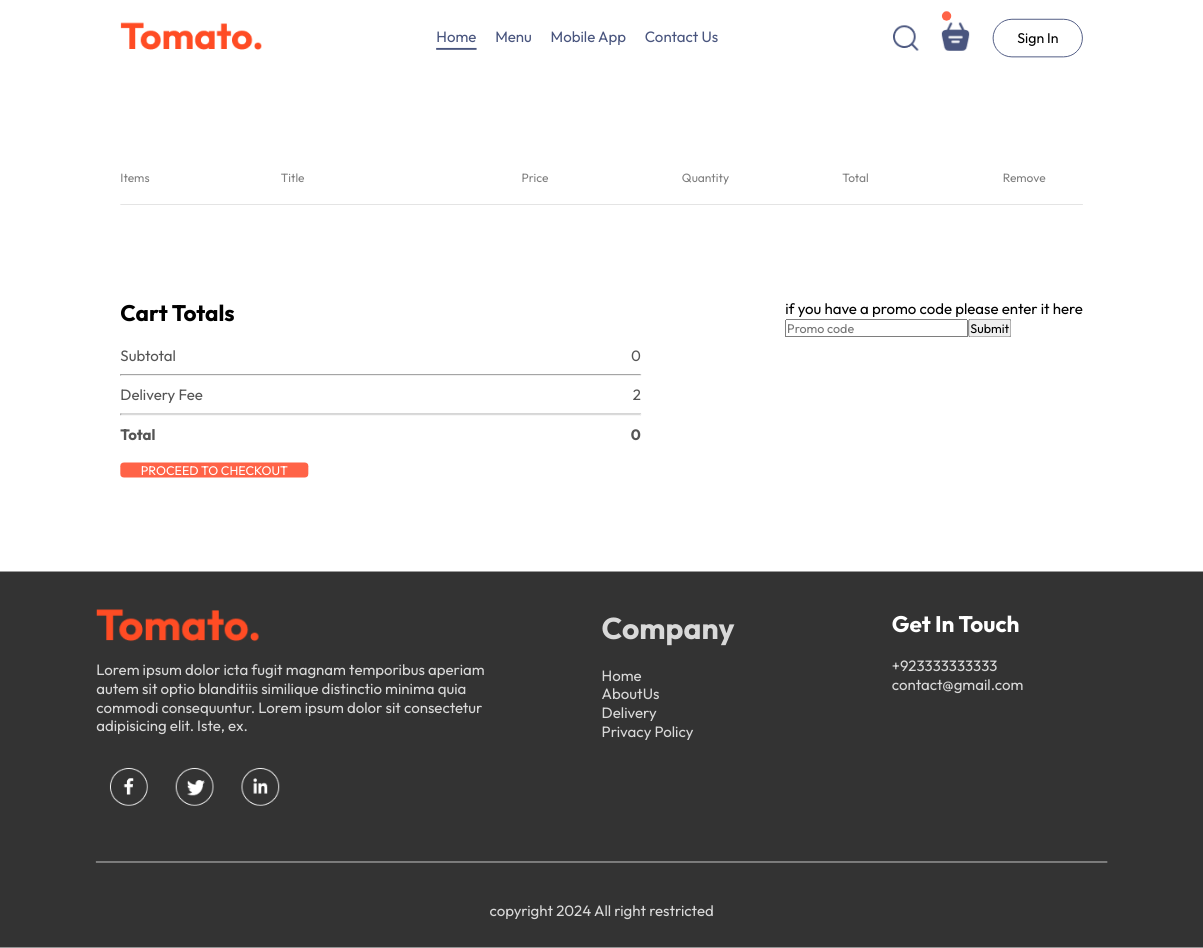
Repository: Attar786/Food-ordering-app
Page: /cart (app in frontend/)
The author's editor kept a copy of each file at every save. The page is drawn from the files as they stood at one save, then again after the next save.
The browser window is 1280 px wide. The pictures show the whole page, at 94% of full size.
The project was rebuilt for these pictures with package versions that can differ from the ones it lists, and the page was loaded fresh each time. Also part of the build but not shown: frontend/vite.config.js, frontend/src/components/Header/Header.css, frontend/src/components/Header/Header.jsx, frontend/src/components/ExploreMenu/ExploreMenu.css, frontend/src/components/ExploreMenu/ExploreMenu.jsx, frontend/src/components/FoodDisplay/FoodDisplay.css, frontend/src/components/FoodItem/FoodItem.css, frontend/src/components/FoodItem/FoodItem.jsx and 8 more.

Above is the page before, as saved 2024-07-30 16:39:07.

After the next save:
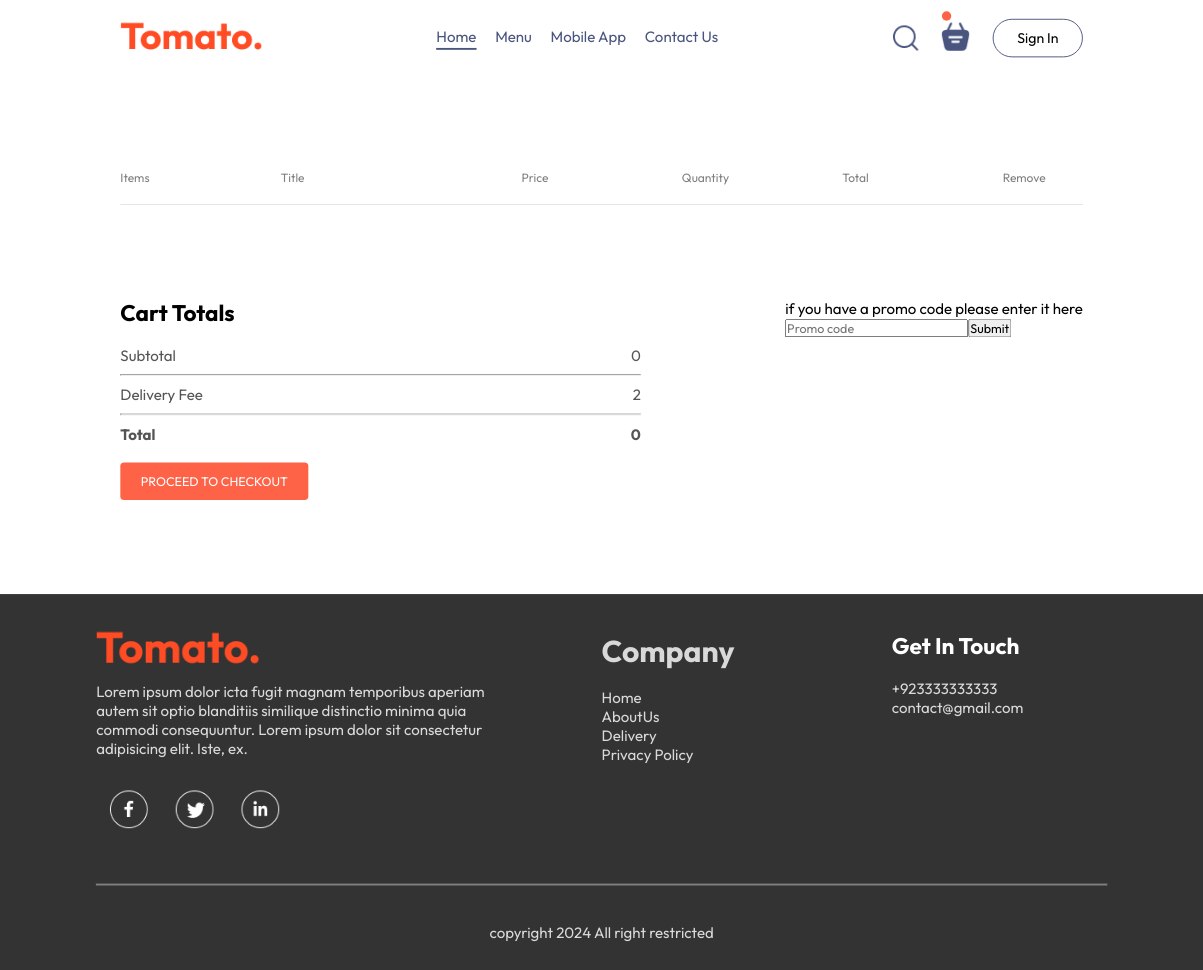
Saved 21 s later.
--- a/frontend/src/pages/Cart/Cart.css
+++ b/frontend/src/pages/Cart/Cart.css
@@ -52,6 +52,7 @@ gap: max(12vw,20px);
     background-color: tomato;
     border: none;
     width: max(15vw, 200px);
-    border-radius: 4px
+    border-radius: 4px;
+    padding: 12px 0px;
 
 }
